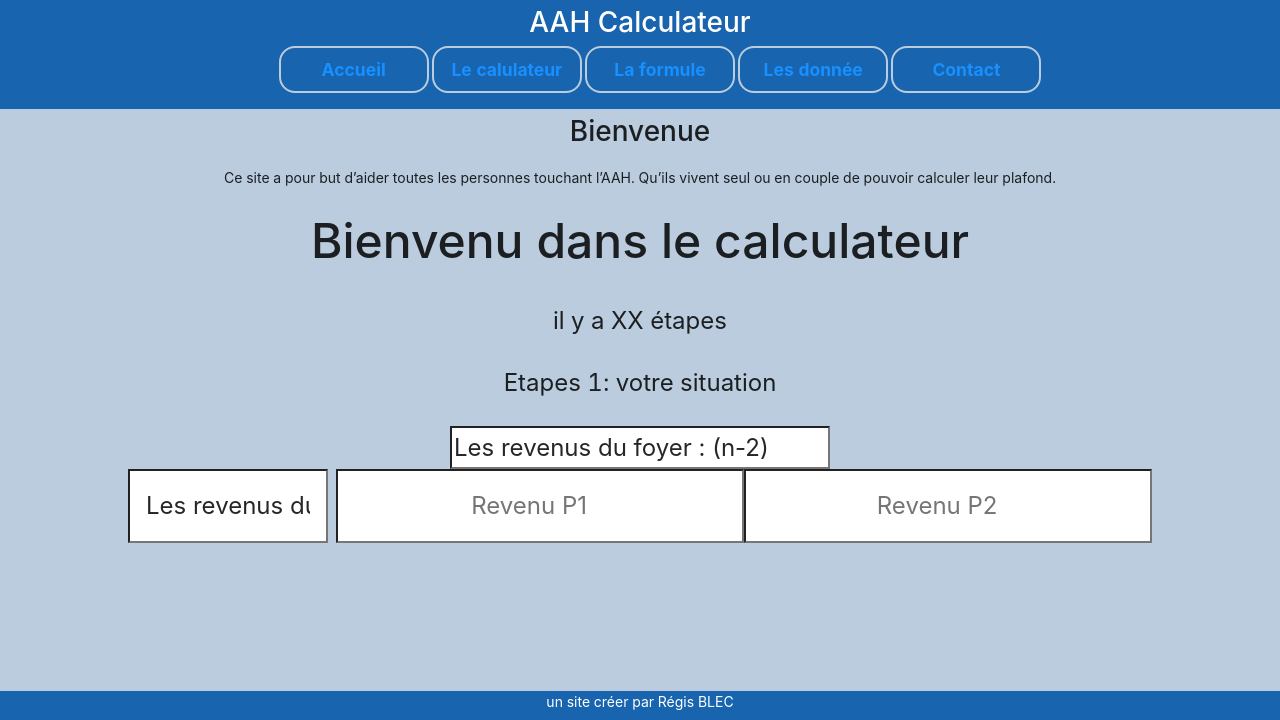
Repository: Cide74/calculateur-aah
Page: /
An editor plug-in stored every save of this project. The page is shown before and after a run of saves, followed by the edit.
The browser window is 1280 px wide. The pictures show the whole page.
The project was rebuilt for these pictures with package versions that can differ from the ones it lists, and the page was loaded fresh each time.

Above is the page before, as saved 2021-04-05 18:10:57.

After the next 2 saves:
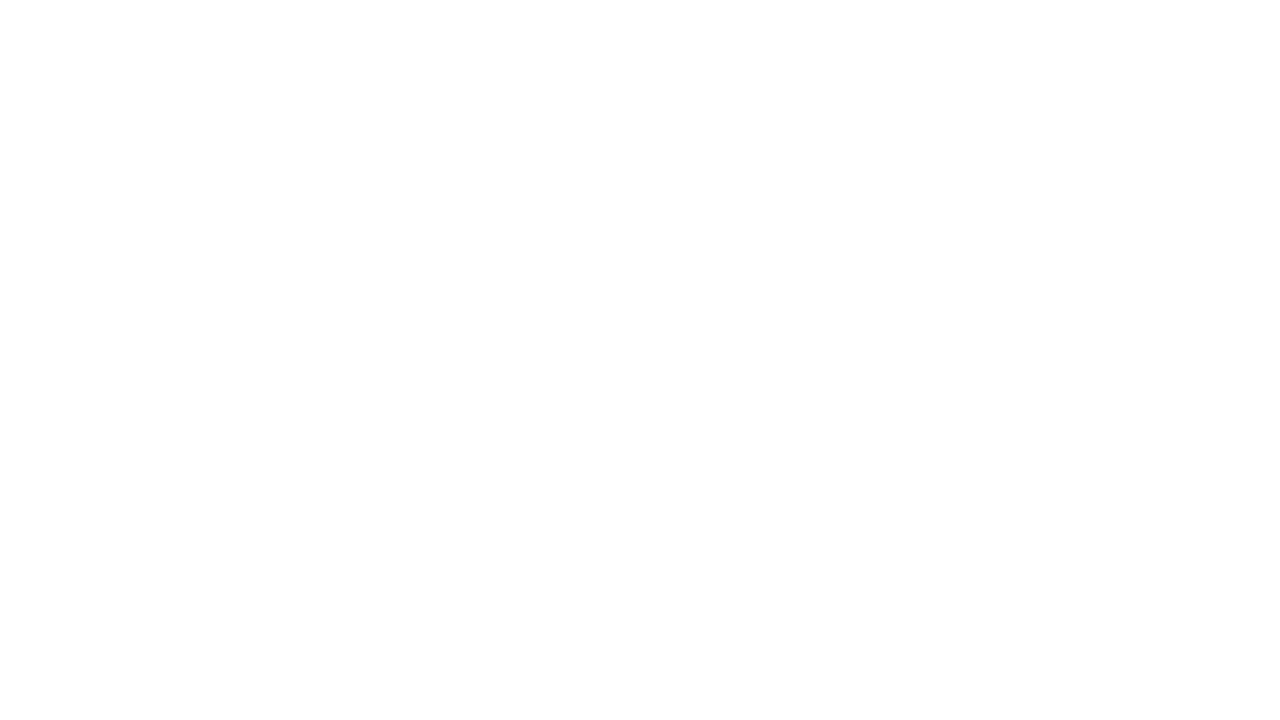
Console error: ReferenceError: Button is not defined
The 2 saves are shown as one change because they came seconds apart.
The last was saved 2 min 12 s later.
--- a/src/components/Calculator/Calculator.js
+++ b/src/components/Calculator/Calculator.js
@@ -26,6 +26,10 @@ export default function Calculator() {
               name='revenu-text'
             />
 
+  <div>
+    <Button content='Primary' primary />
+    <Button content='Secondary' secondary />
+  </div>
 
           </div>
         </form>

After the save that followed:
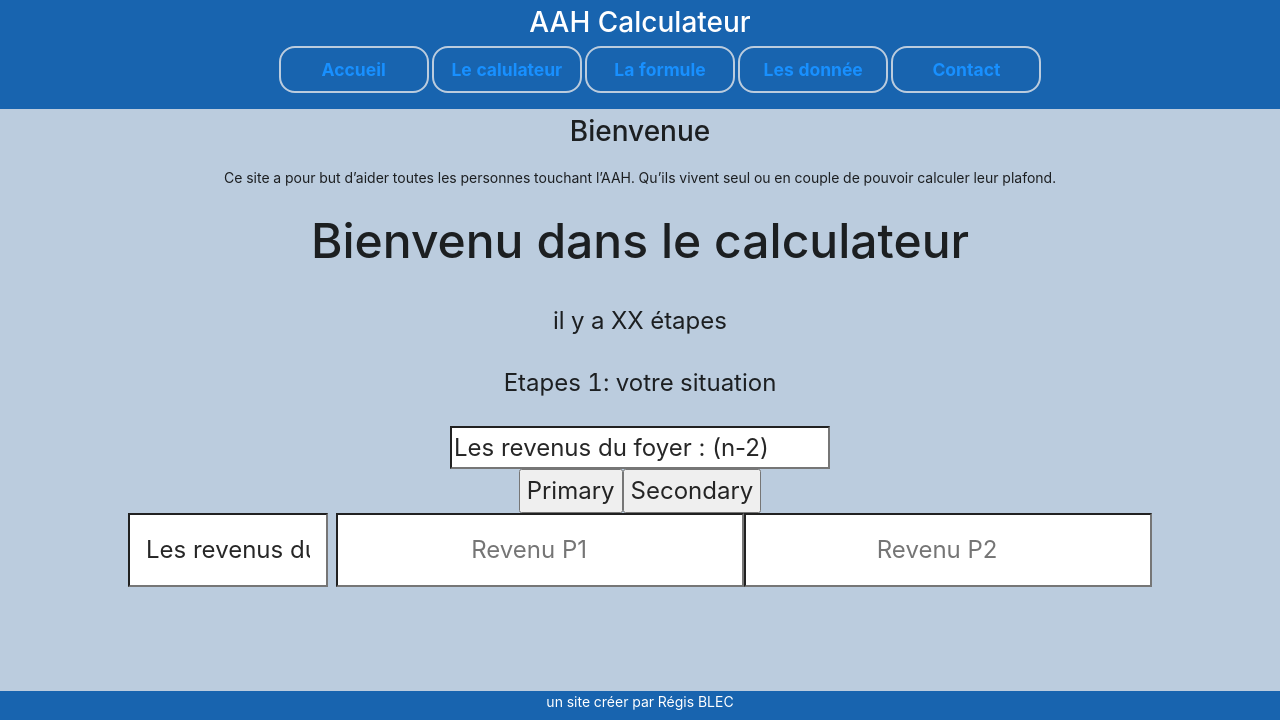
The error is gone.
Saved 17 s later.
--- a/src/components/Calculator/Calculator.js
+++ b/src/components/Calculator/Calculator.js
@@ -3,6 +3,7 @@ import React from 'react';
 import 'antd/dist/antd.css';
 import { Switch } from 'antd';
 // import { CloseOutlined, CheckOutlined } from '@ant-design/icons';
+import { Button } from 'semantic-ui-react'
 
 import './Calculator.scss';
 
